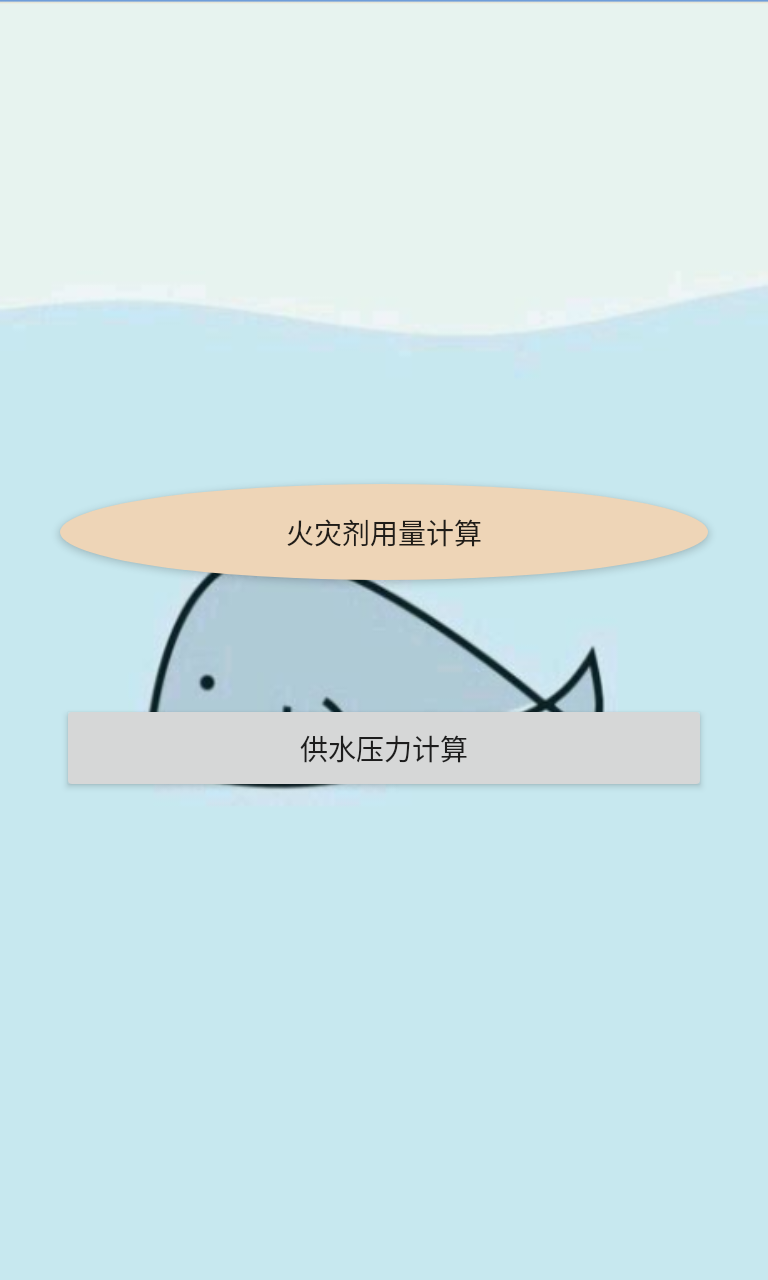
Repository: hohoTT/fireWork_handle_app
Layout: fireWork_handle_app/res/layout/fire_calculate.xml
An editor plug-in stored every save of this project. The layout is shown before and after the next save, followed by the edit.
It is drawn on a 768 x 1280 px phone screen (xhdpi) without system bars, with theme AppTheme; the app's code is not run.

Above is the layout before, as saved 2016-03-06 11:41:55.

### fireWork_handle_app/res/layout/fire_calculate.xml
<?xml version="1.0" encoding="utf-8"?>
<LinearLayout xmlns:android="http://schemas.android.com/apk/res/android"
    android:layout_width="match_parent"
    android:layout_height="match_parent"
    android:gravity="center_vertical"
    android:orientation="vertical"
    android:background="@drawable/bg1">

    <Button
        android:id="@+id/btu_fire_agent"
	    android:layout_width="match_parent"
	    android:layout_height="wrap_content"
	    android:layout_margin="30dp"
	    android:text="@string/fire_agent"
	    android:background="@drawable/shape_one" />

    <Button
        android:id="@+id/btu_water_power"
	    android:layout_width="match_parent"
	    android:layout_height="wrap_content"
	    android:layout_margin="30dp"
	    android:text="@string/btu_water_power" />

</LinearLayout>

### fireWork_handle_app/res/values/strings.xml
<?xml version="1.0" encoding="utf-8"?>
<resources>

    <string name="app_name">fireWork_handle_app</string>
    <string name="fire_calculate">现场计算</string>
    <string name="fire_agent">火灾剂用量计算</string>
    <string name="fire_plan">火灾预案</string>
    <string name="normal_fire">一般火灾计算</string>
    <string name="normal_fire_result">一般火灾用水量计算结果</string>
    <string name="oilcan_fire">油罐火灾情况下的计算</string>
    <string name="olican_fire_water">冷却用水量计算</string>
    <string name="olican_fire_foam">泡沫用量计算</string>
    <string name="olican_fire_water_result">该油罐火灾用水量计算结果</string>
    <string name="oilcan_fire_foam_result">该油罐火灾泡沫用量计算结果</string>
    <string name="water_power">供水压力计算</string>
    <string name="water_power_fire">火场供水压力计算</string>
    <string name="water_power_pump">水泵接合器供水技术计算</string>
    <string name="water_power_fire_building">建筑火灾供水压力计算</string>
    <string name="water_power_fire_building_result">建筑火灾火场供水压力计算结果</string>
    <string name="water_power_fire_oilcan">油罐火灾供水压力计算</string>
    <string name="water_power_fire_oilcan_result">油罐火灾供水压力计算结果</string>
    <string name="water_power_pump_low">建高小于50米的供水压力计算</string>
    <string name="water_power_pump_low_result">建高小于50米的供水压力计算结果</string>
    <string name="water_power_pump_high">建高高于50米的供水压力计算</string>
    <string name="water_power_pump_high_result">建高高于50米的供水压力计算结果</string>


    <string name="btu_water_power">供水压力计算</string>
    <string name="btu_oilcan_fire">油罐火灾计算</string>
    <string name="fire_area">请输入过火面积</string>
    <string name="olican_diameter">请输入油罐直径</string>
    <string name="text_olican_type">请选择您需要计算的油罐类型:</string>
    <string name="olican_type_fixed">固定顶油罐</string>
    <string name="olican_type_drift">浮顶油罐</string>
    <string name="olican_fire_foam_area">请输入油罐的燃烧面积</string>
    <string name="olican_fire_foam_flow">请输入流量</string>
    <string name="water_power_fire_building_count_feeder">请输入一条干线支线的数量</string>
    <string name="water_power_fire_building_count_groundline_band">请输入一条干线水带数量</string>
    <string name="water_power_fire_building_count_feeder_band">请输入一条支线水带数量</string>
    <string name="water_power_fire_building_height">请输入高度差</string>

    <string name="water_power_fire_oilcan_count_feeder">请输入一条干线支线的数量</string>
    <string name="water_power_fire_oilcan_count_groundline_band">请输入一条干线水带数量</string>
    <string name="water_power_fire_oilcan_count_feeder_band">请输入一条支线水带数量</string>
    <string name="water_power_fire_oilcan_height">请输入高度差</string>
    <string name="water_power_pump_low_height">请输入建筑高度(小于50米)</string>
    <string name="water_power_pump_high_height">请输入建筑高度(大于50米)</string>



    <string name="text_water">一般火灾中每秒的用水量为 : </string>
    <string name="text_fire_time">10吨消防车可持续灭火的时间为 : </string>
    <string name="text_oilcan_fire_water">该油罐火灾中每秒的用水量为 : </string>
    <string name="text_oilcan_fire_foam_water">该油罐火灾中水的用量为 : </string>
    <string name="text_oilcan_fire_form_stoste">该油罐火灾中泡沫原液的用量为 : </string>
    <string name="text_water_power_fire_building_65">65mm水带建筑火灾的供水压力为 : </string>
    <string name="text_water_power_fire_building_80">80mm水带建筑火灾的供水压力为 : </string>
    <string name="text_water_power_fire_oilcan_65">65mm水带油罐火灾的供水压力为 : </string>
    <string name="text_water_power_fire_oilcan_80">80mm水带油罐火灾的供水压力为 :</string>
    <string name="test_water_power_pump_low_height">该建筑高度下的供水压力为 :</string>
    <string name="test_water_power_pump_high_height">该建筑高度下的供水压力为 :</string>


    <string name="btn_send">提交</string>

    <string name="hello_world">Hello world!</string>
    <string name="action_settings">Settings</string>





</resources>

### fireWork_handle_app/res/drawable/shape_one.xml
<?xml version="1.0" encoding="utf-8"?>
<shape
    xmlns:android="http://schemas.android.com/apk/res/android"

  android:shape="oval">

    <!-- 填充的颜色 -->

    <solid android:color="#EED5B7"/>

     <!-- 设置按钮的四个角为弧形 -->

     <!-- android:radius 弧形的半径 -->

     <corners android:radius="360dip"/>



     <!-- padding: Button 里面的文字与Button边界的间隔 -->

     <padding

        android:left="10dp"

        android:top="10dp"

        android:right="10dp"

        android:bottom="10dp"

     />

</shape>

### fireWork_handle_app/res/drawable/shape_two.xml
<?xml version="1.0" encoding="utf-8"?>
<shape
    xmlns:android="http://schemas.android.com/apk/res/android"

  android:shape="oval">

    <!-- 填充的颜色 -->

    <solid android:color="#CAFF70"/>

     <!-- 设置按钮的四个角为弧形 -->

     <!-- android:radius 弧形的半径 -->

     <corners android:radius="360dip"/>



     <!-- padding: Button 里面的文字与Button边界的间隔 -->

     <padding

        android:left="10dp"

        android:top="10dp"

        android:right="10dp"

        android:bottom="10dp"

     />

</shape>

Loaded but not shown: fireWork_handle_app/res/values/styles.xml (common file); fireWork_handle_app/res/values-v11/styles.xml (common file); fireWork_handle_app/res/values-v14/styles.xml (common file)

After the next save:
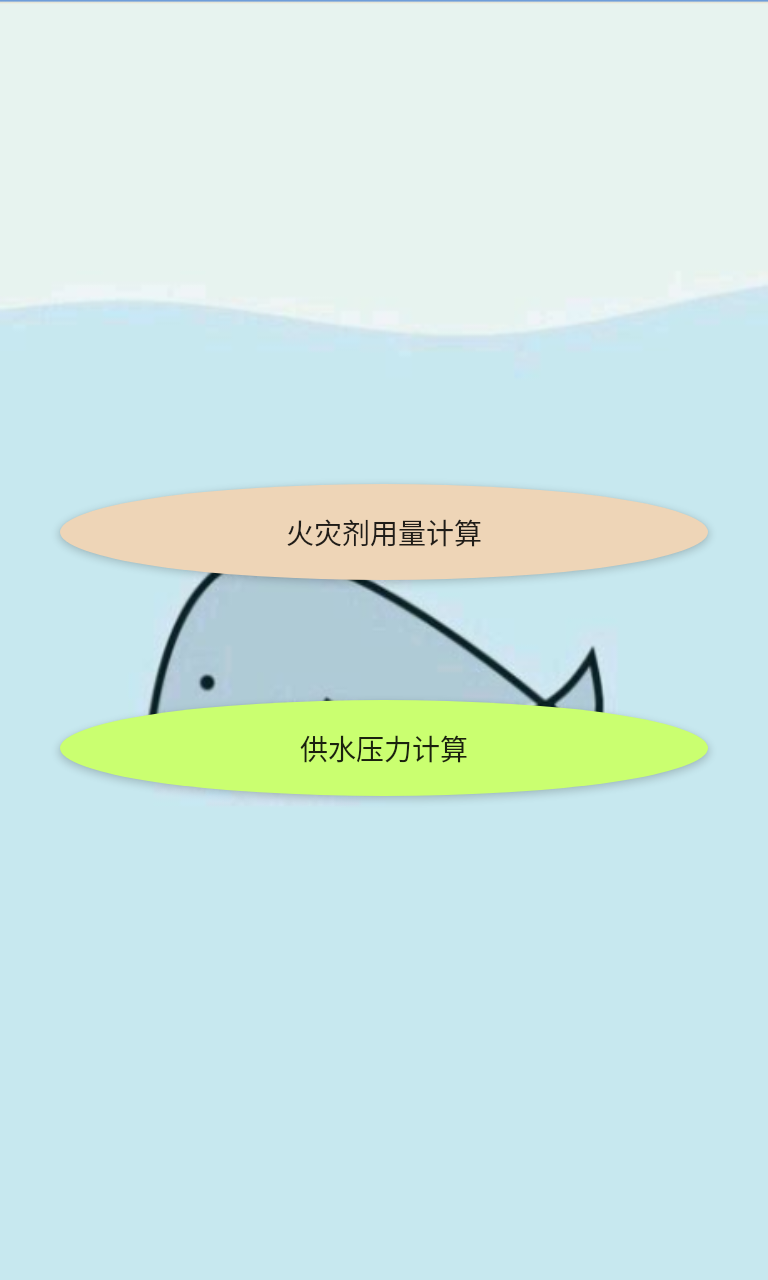
Saved 8 s later.
--- a/fireWork_handle_app/res/layout/fire_calculate.xml
+++ b/fireWork_handle_app/res/layout/fire_calculate.xml
@@ -19,6 +19,7 @@
 	    android:layout_width="match_parent"
 	    android:layout_height="wrap_content"
 	    android:layout_margin="30dp"
-	    android:text="@string/btu_water_power" />
+	    android:text="@string/btu_water_power"
+	    android:background="@drawable/shape_two"  />
 
 </LinearLayout>
